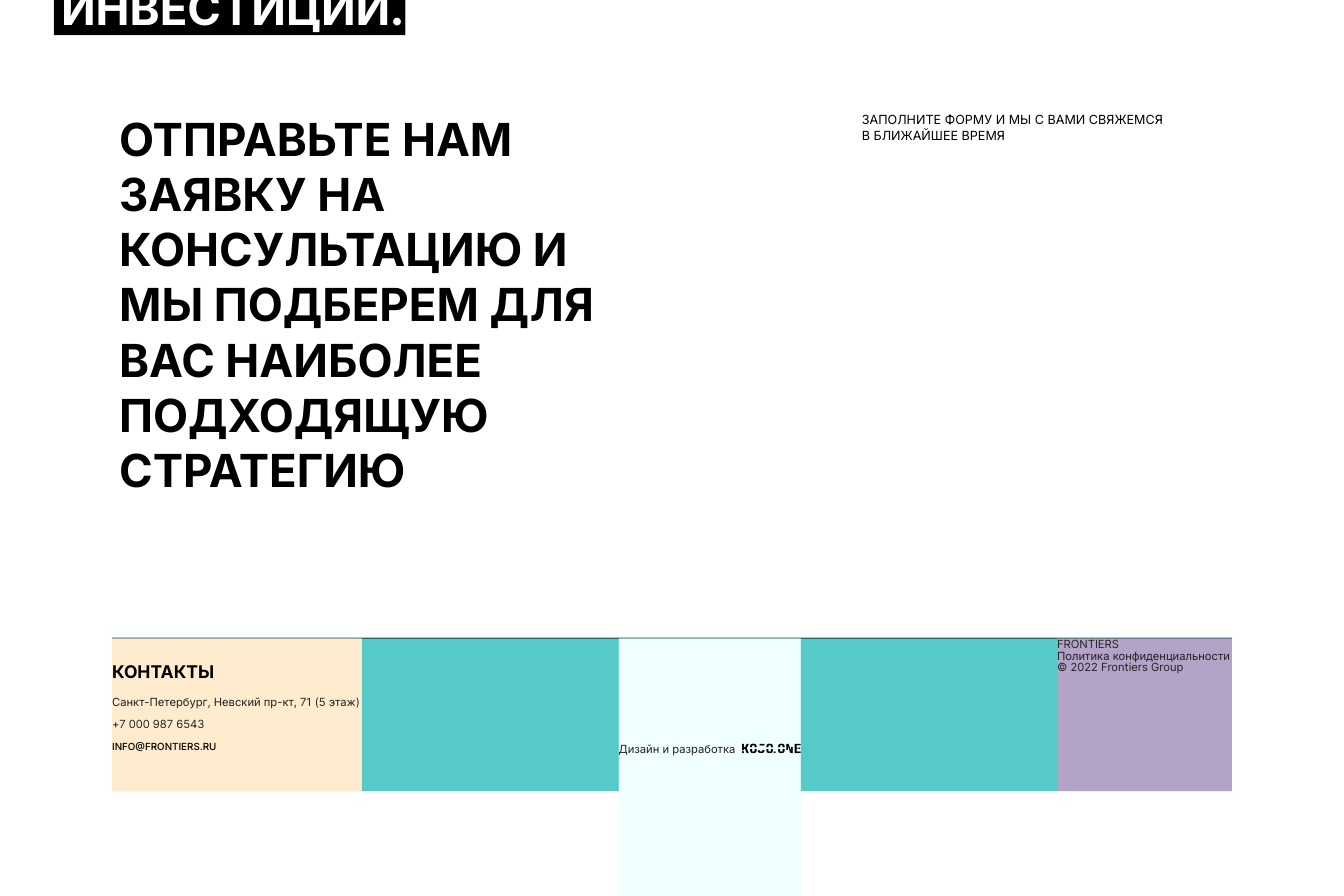
Repository: NadyaKorvin/frontiers
Page: /
An editor plug-in stored every save of this project. The page is shown before and after the next save, followed by the edit.
The browser window is 1280 px wide. The page is 1920 px wide, so the pictures cover 1920 px, including what lies to the right of the window. The pictures show the part of the page from y = 1503 to 2783 px (the page is 2783 px tall), at 70% of full size.
The project was rebuilt for these pictures with package versions that can differ from the ones it lists, and the page was loaded fresh each time.

Above is the page before, as saved 2022-05-23 15:15:24.

After the next save:
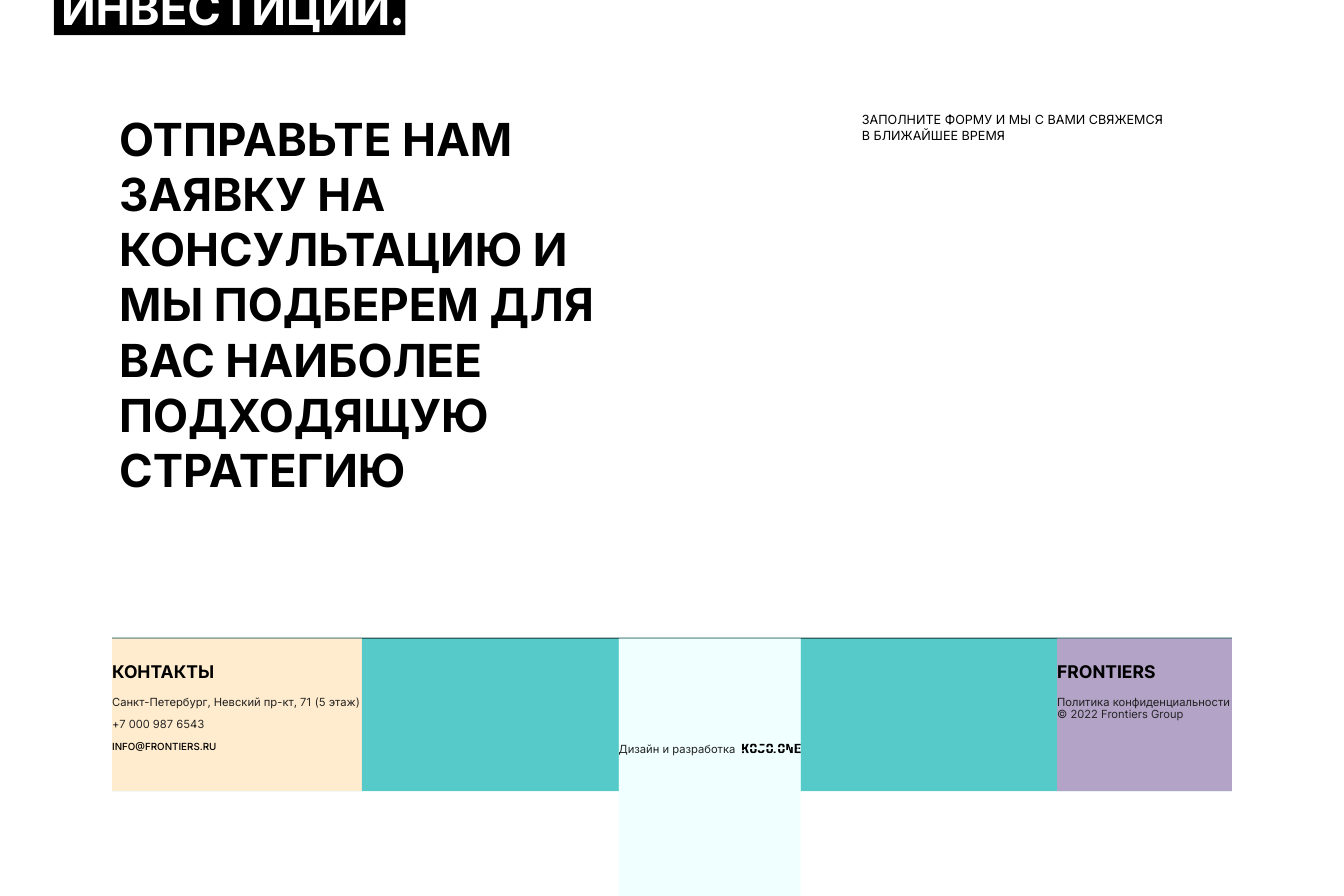
Saved 8 s later.
--- a/src/components/lastScreen/LastScreen.module.css
+++ b/src/components/lastScreen/LastScreen.module.css
@@ -96,7 +96,15 @@
   background-color: rgb(178, 163, 199);
 }
 
-.frontiers
+.frontiers > p:nth-child(1) {
+    padding: 33px 0 20px;
+    font-family: "Inter";
+    font-style: normal;
+    font-weight: 700;
+    font-size: 25px;
+    line-height: 30px;
+    color: #000000;
+  }
 
 .frontiers > p:nth-child(2),
 .frontiers > p:nth-child(3),
